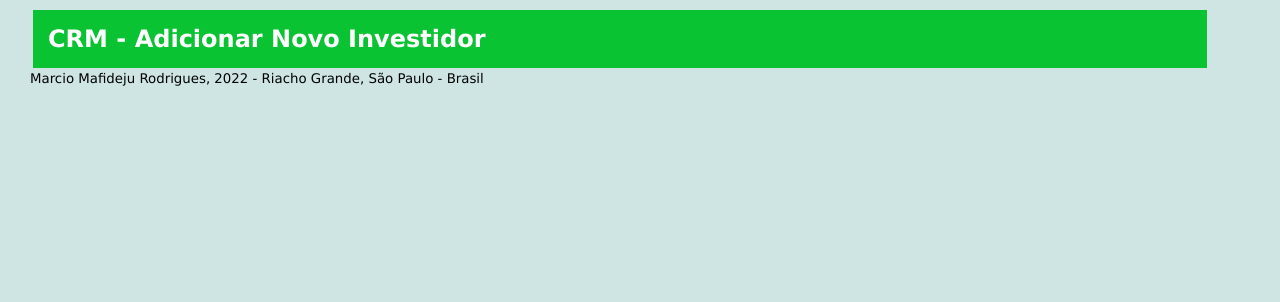
Repository: mafideju/CustomerTracker
Page: http://localhost/web-customer-tracker/WEB-INF/view/customer-form.jsp
An editor plug-in stored every save of this project. The page is shown before and after the next save, followed by the edit.
The browser window is 1280 px wide. The pictures show the whole page.
The page is served by Tomcat 9. Nobody is signed in. The template is opened directly, without the code that normally fills it, so the values that code supplies are empty.

Above is the page before, as saved 2022-01-26 12:37:45.

After the next save:
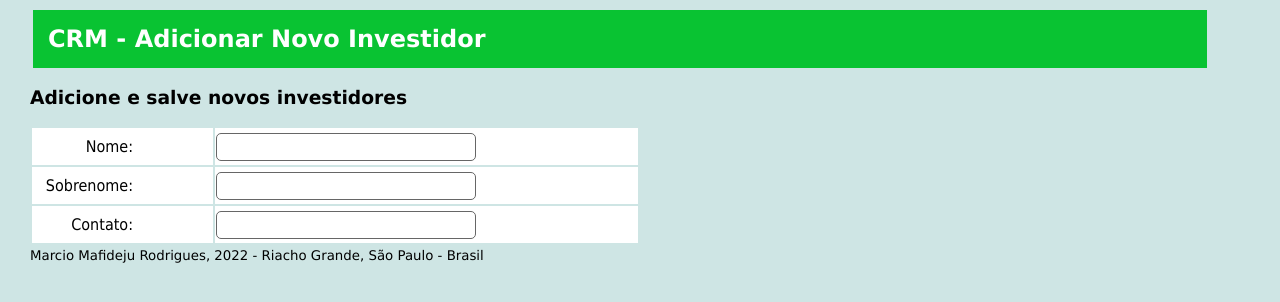
Saved 4 min 11 s later.
--- a/web-customer-tracker/WebContent/WEB-INF/view/customer-form.jsp
+++ b/web-customer-tracker/WebContent/WEB-INF/view/customer-form.jsp
@@ -17,6 +17,28 @@
 				</div>
 			</div>
 
+			<div id="container">
+				<h3>Adicione e salve novos investidores</h3>
+				<form:form action="saveCustomer" modelAttribute="customer" method="POST">
+					<table>
+						<tbody>
+						<tr>
+							<td><label>Nome: </label></td>
+							<td><form:input path="firstName"/></td>
+						</tr>
+						<tr>
+							<td><label>Sobrenome: </label></td>
+							<td><form:input path="lastName"/></td>
+						</tr>
+						<tr>
+							<td><label>Contato: </label></td>
+							<td><form:input path="email"/></td>
+						</tr>
+						</tbody>
+					</table>
+				</form:form>
+			</div>
+
 		</main>
 		<footer>
 			<small>Marcio Mafideju Rodrigues, 2022 - Riacho Grande, São Paulo - Brasil</small>
